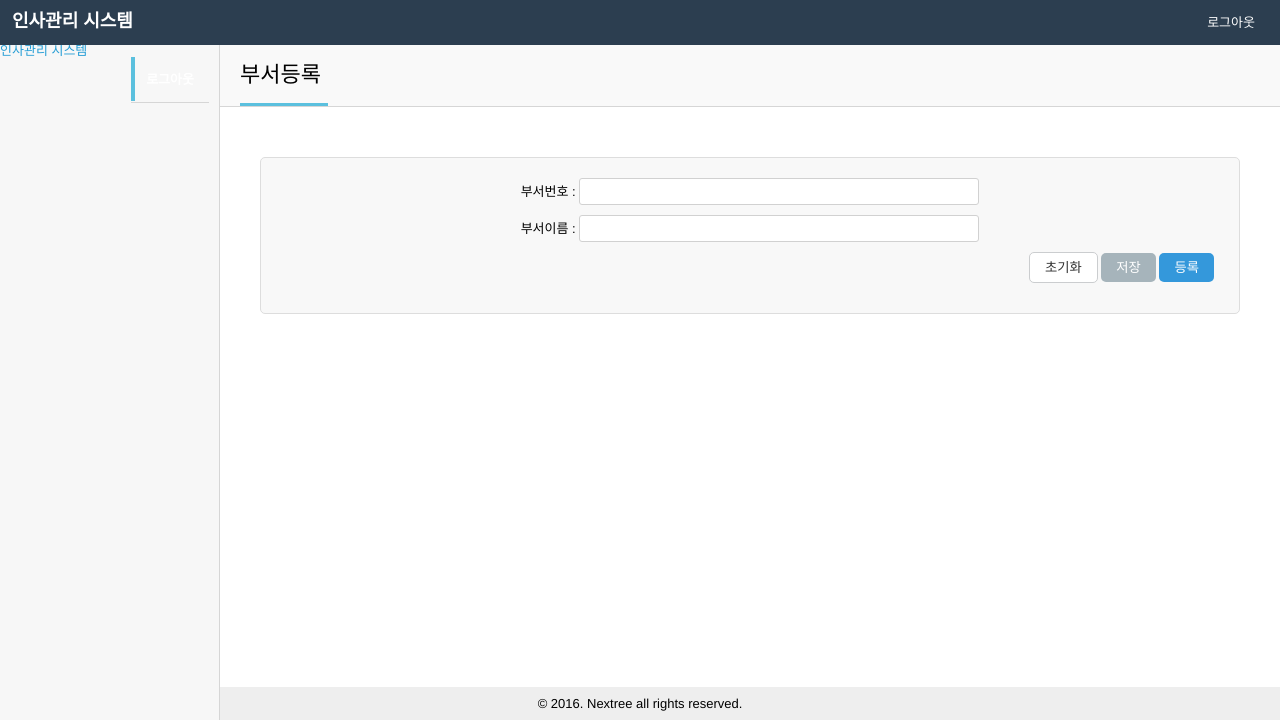
Repository: brotherdoor/shiba
Page: http://localhost/HumanResource_templete/views/deptCreate.jsp
An editor plug-in stored every save of this project. The page is shown before and after the next save, followed by the edit.
The browser window is 1280 px wide. The pictures show the whole page.
The page is served by Tomcat 9. The template is opened directly, without the code that normally fills it, so the values that code supplies are empty.

Above is the page before, as saved 2017-02-27 01:42:10.

After the next save:
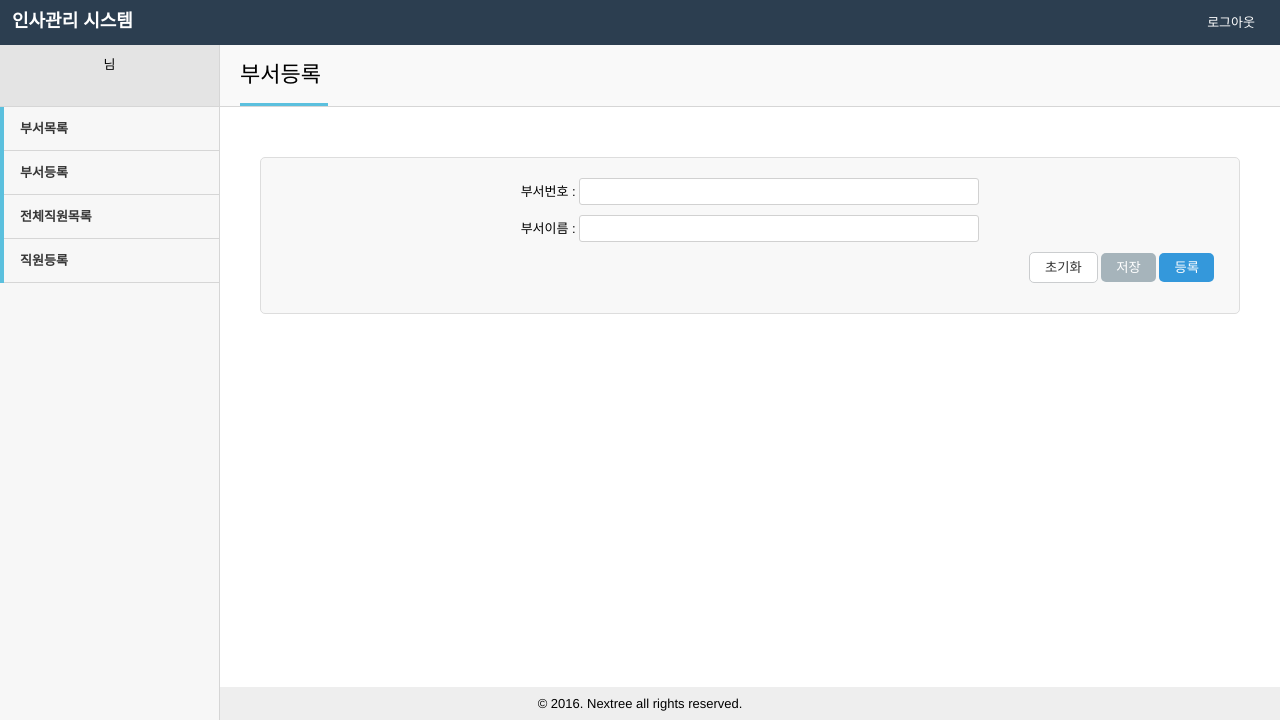
Saved 8 s later.
--- a/jsp/HumanResource_templete/WebContent/views/deptCreate.jsp
+++ b/jsp/HumanResource_templete/WebContent/views/deptCreate.jsp
@@ -13,7 +13,7 @@
     <%@ include file="header.jspf"%>
 </header>
 <nav>
-    <%@ include file="header.jspf"%>
+    <%@ include file="sideMenu.jspf"%>
 </nav>
 <div class="contents-wrap">
     <h2 class="page-title">부서등록</h2>
